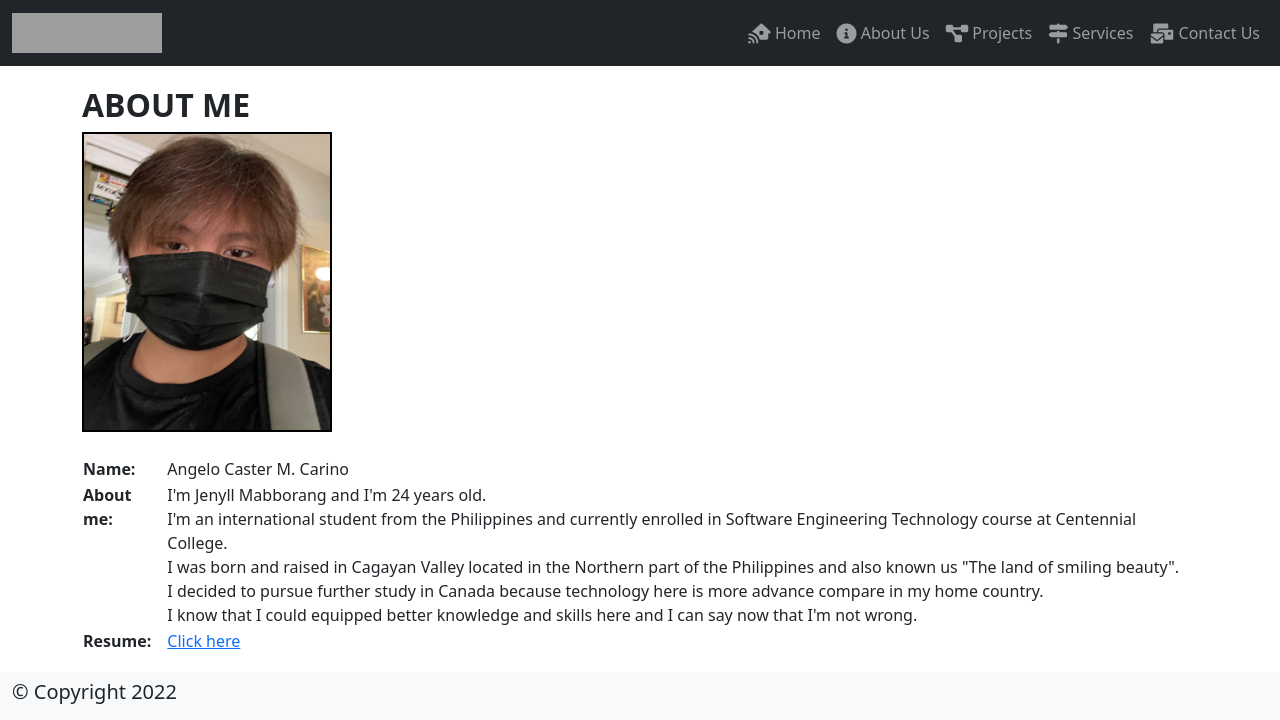
Repository: acarino4/Express-Portfolio-Site
Page: http://localhost/about
These files come from the project's save history. The page is drawn as it stood at one moment and after the next save; the edit follows.
The browser window is 1280 px wide. The pictures show the whole page.
Pictures or frames that could not be fetched are drawn as grey boxes. The page is served by the project's Node server (server.js).

Above is the page before, as saved 2022-10-08 18:26:26.

After the next save:
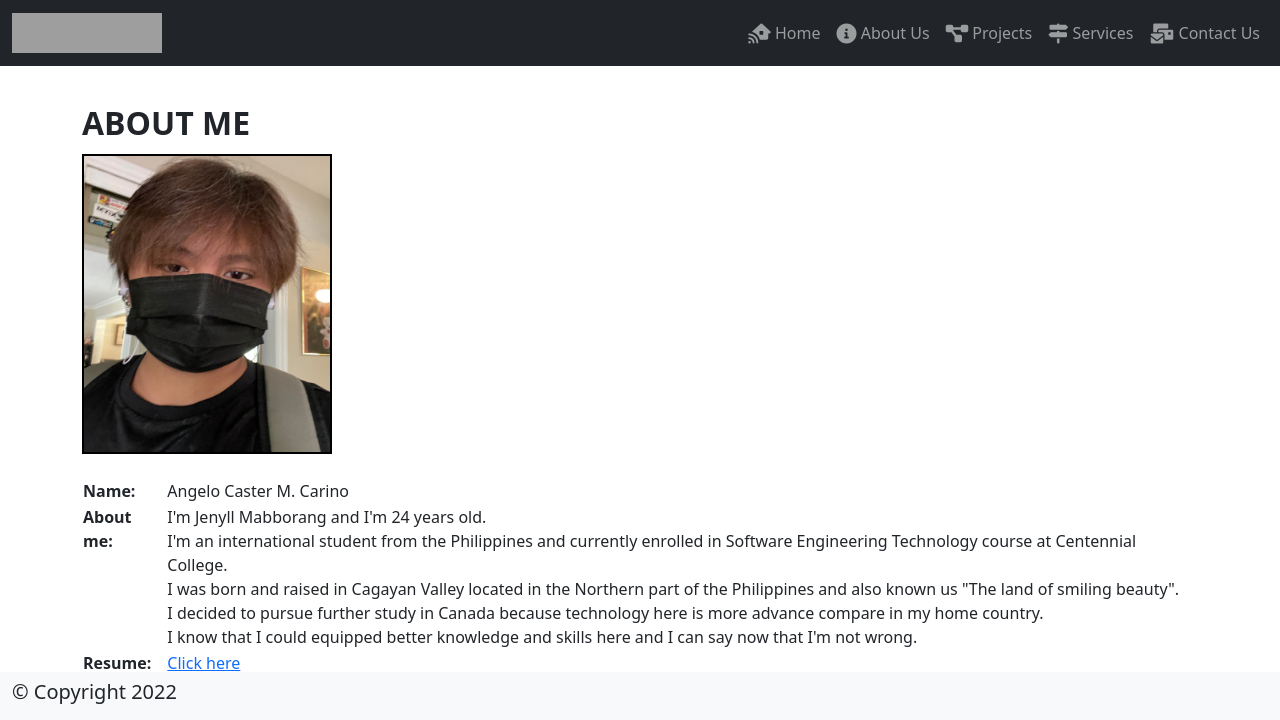
Saved 29 s later.
--- a/Server/Views/content/about.ejs
+++ b/Server/Views/content/about.ejs
@@ -5,7 +5,7 @@
 -->
 <!-- ABOUT.EJS body content section -->
 <div class="container" style="padding-top: 20px;">
-    <h2><strong>ABOUT ME</strong></h2>
+    <h2><strong><span style = "font-size: 50px"></span>ABOUT ME</strong></h2>
     <table>
         <!-- My personal image -->
         <img src="./Assets/images/caster.jpg" alt="" width="250" height="300" style = "border: 2px solid black">
